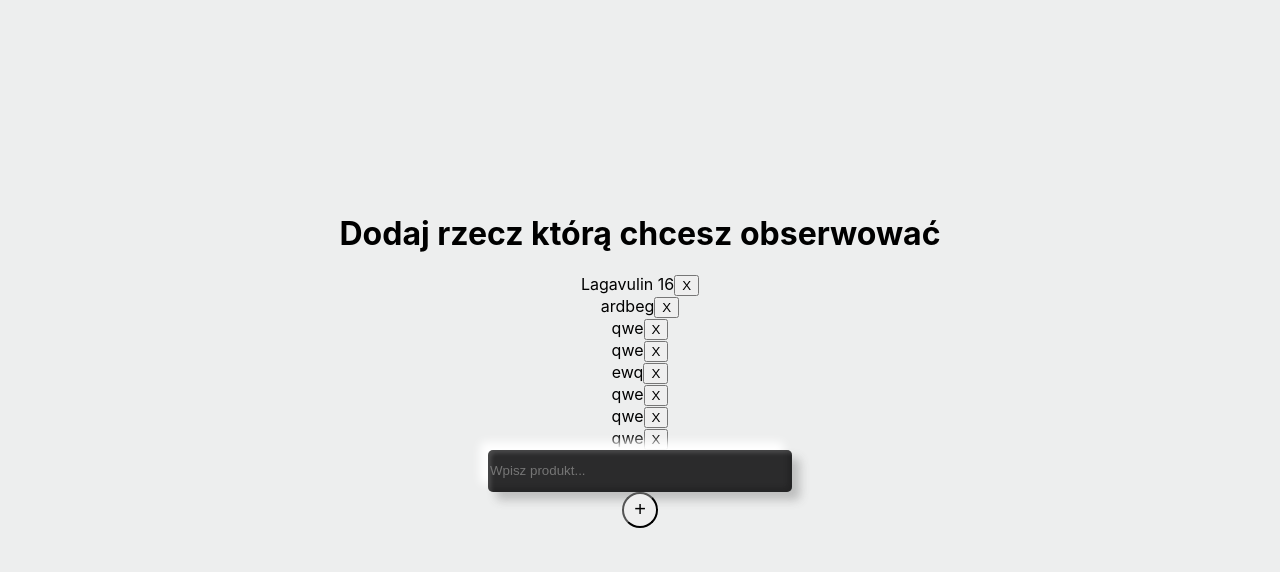
Repository: matedoo/crawler
Page: /MainApp
An editor plug-in stored every save of this project. The page is shown before and after the next save, followed by the edit.
The browser window is 1280 px wide. The pictures show the whole page.
The project was rebuilt for these pictures with package versions that can differ from the ones it lists, and the page was loaded fresh each time. Requests to the local data server were answered from the project's data file. Also part of the build but not shown: src/Components/button.js, src/Components/LoginComponents/LoginApp.js, src/Components/LoginComponents/RegisterApp.js, src/Components/btnContainer.js, src/Components/heading.js, src/Components/LoginComponents/StartApp.js.

Above is the page before, as saved 2020-05-01 18:14:27.

After the next save:
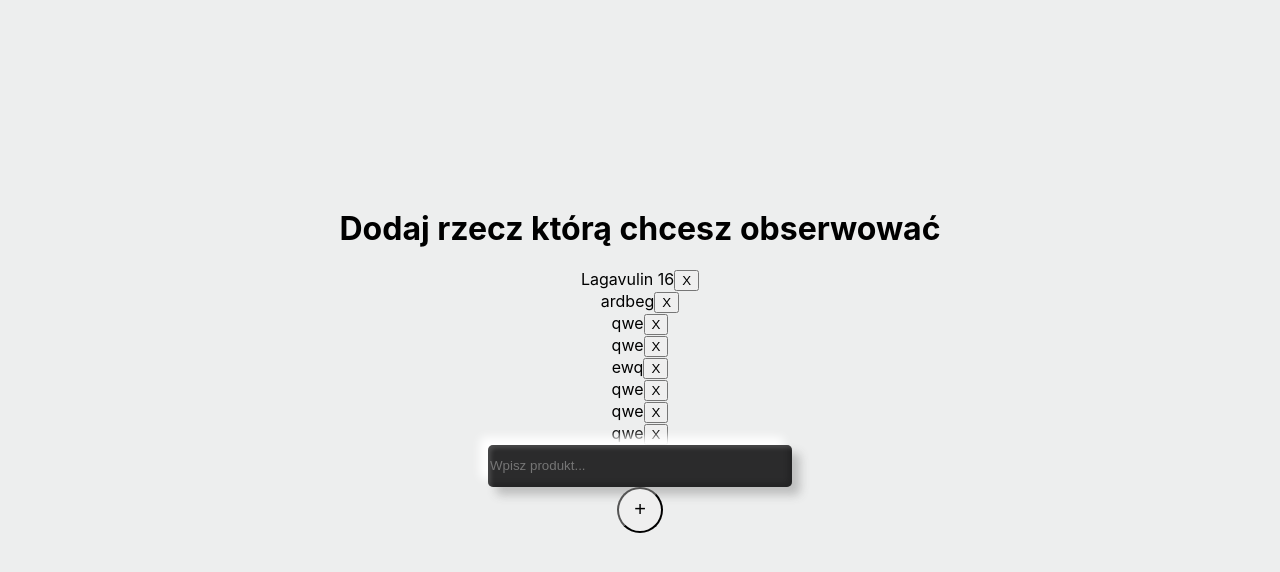
Saved 13 s later.
--- a/src/Components/MainApp/MainApp.js
+++ b/src/Components/MainApp/MainApp.js
@@ -151,8 +151,8 @@ const AddInput = styled.input`
   background-color: #2b2b2c;
 `
 const AddButton = styled.button`
-  width: 36px;
-  height: 36px;
+  width: 46px;
+  height: 46px;
   color: #000;
   border-radius: 50px;
   font-size: 20px;
